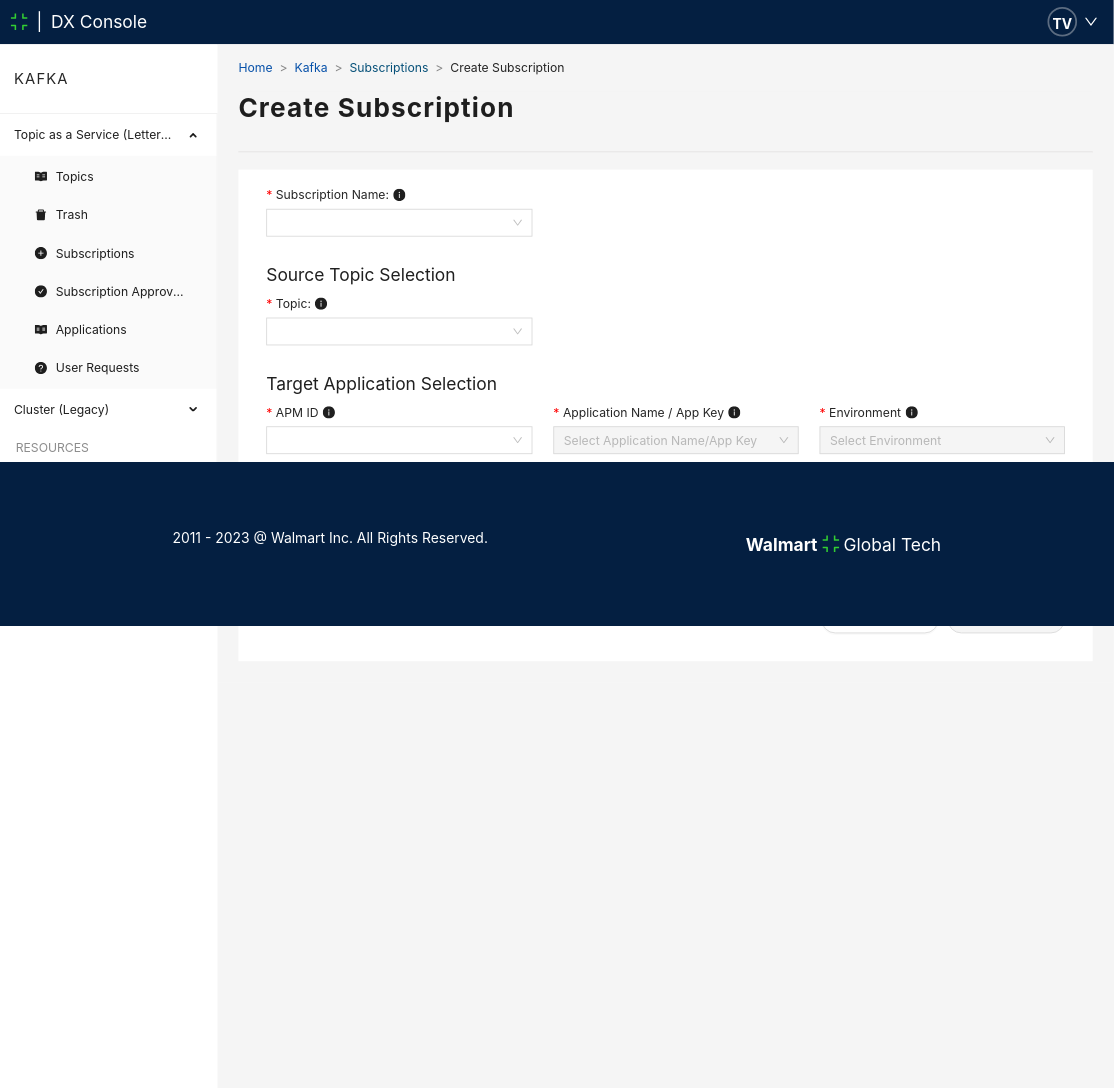
Repository: Qianying-Chai/kafka
Page: /kafka/subscriptions_active_tab=proxy/create
These files come from the project's save history. The page is drawn as it stood at one moment and after a run of saves; the edit follows.
The browser window is 1280 px wide. The pictures show the whole page, at 87% of full size.
The project was rebuilt for these pictures with package versions that can differ from the ones it lists, and the page was loaded fresh each time. Also part of the build but not shown: src/pages/Components/ComponentsTable.jsx, src/pages/Components/ComponentsInput.jsx, src/pages/Components/ComponentsPagination.jsx, src/pages/Taas/Topics/Topics.jsx, src/pages/Taas/Topics/CreateTopics/Form/DetailsForm.jsx, src/pages/Taas/Topics/CreateTopics/CreateTopic.jsx, src/pages/Taas/Trash/Style/Trash.css, src/pages/Taas/Trash/Trash.jsx and 15 more.

Above is the page before, as saved 2024-01-15 22:08:43.

After the next 2 saves:
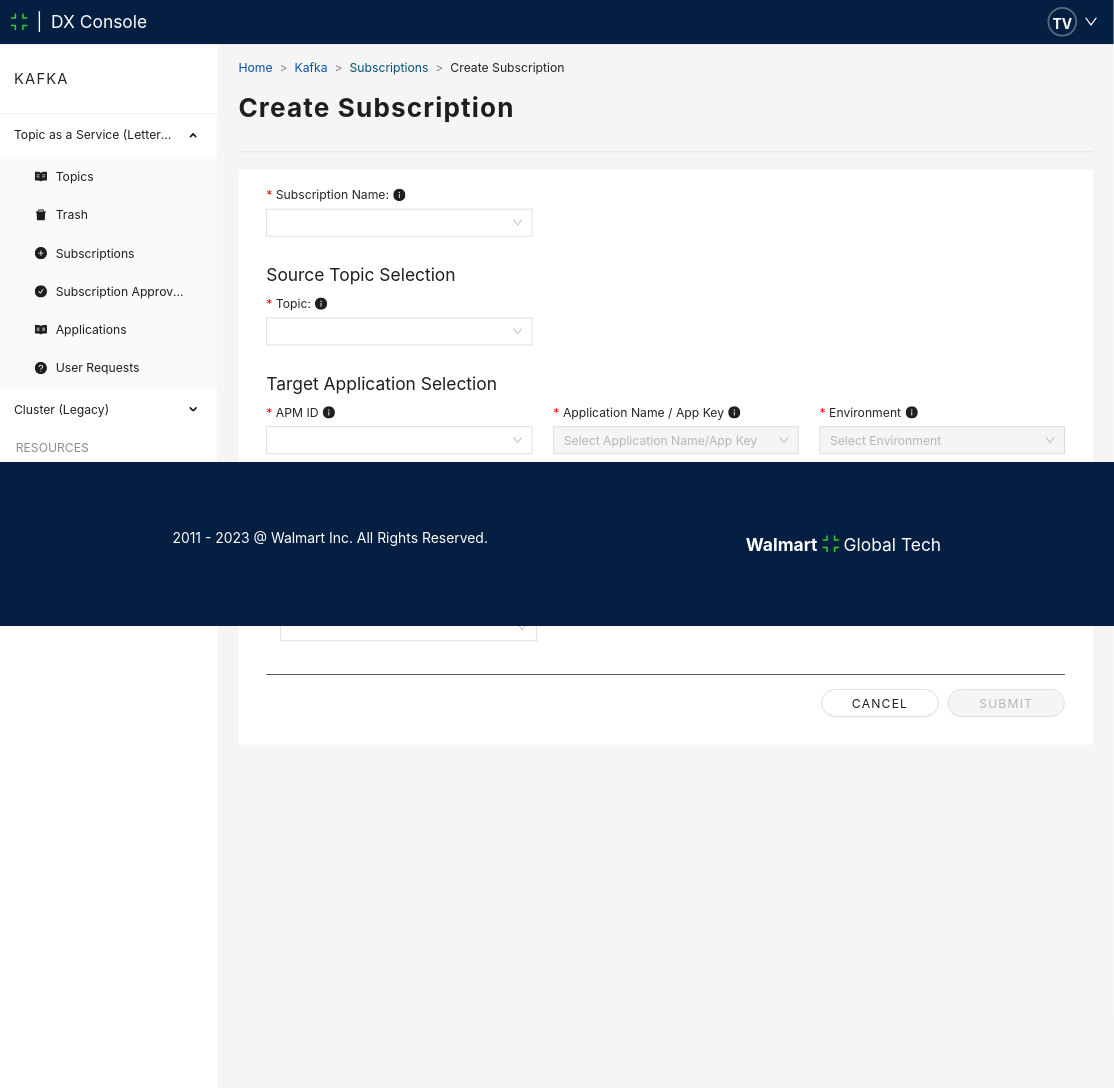
The 2 saves are shown as one change because 1 did not build or start.
The last was saved 2 min 39 s later.
--- a/src/pages/Taas/Subscriptions/SubscriptionsProxy/CreateSubscriptions/Form/RequesterDetails.jsx
+++ b/src/pages/Taas/Subscriptions/SubscriptionsProxy/CreateSubscriptions/Form/RequesterDetails.jsx
@@ -63,6 +63,7 @@
             Requester Details
           </Title>
         }
+        key="1"
       >
         <Row style={{ display: "flex", flexFlow: "nowrap" }}>
           <Col
